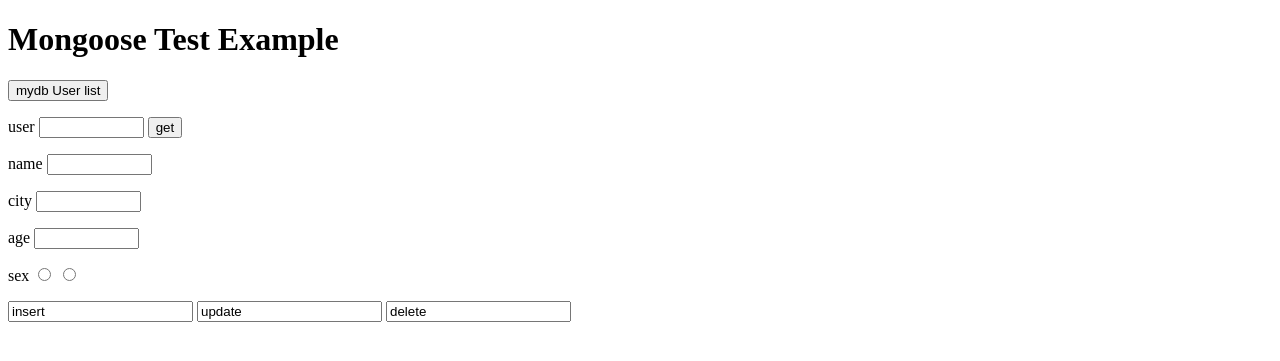
Repository: impelfin/anew
Page: http://localhost/
The author's editor kept a record of every edit. The page is drawn from the files as they stood at one moment, then again after the next edit.
The browser window is 1280 px wide. The pictures show the whole page.
The page is served by the project's Node server (node/mongos/app.js). Other server files are loaded and not shown.

Above is the page before.

### node/mongos/views/index.html
<!DOCTYPE html>
<html>
<head>
<meta charset="utf-8">
<title>Moongoose Module</title>
</head>
<body>
    <h1>Mongoose Test Example</h1>
    <form method='post' action=/insert name="mongoform">
        <input type='button' value="mydb User list" onclick='location.href="/list"'><p>
        user <input type='text' size='10' name='userid'>
        <input type='button' value="get" onclick='location.href="/get?input="+document.mongoform.userid.value'><p>
        name <input type='text' size='10' name='name'><p>
        city <input type='text' size='10' name='name'><p>
        age <input type='text' size='10' name='name'><p>
        sex <input type='radio' name='sex' value='male'>
            <input type='radio' name='sex' value='female'><p>
        <input type='sumit' value="insert" onclick='this.form.action="/insert"'>
        <input type='sumit' value="update" onclick='this.form.action="/update"'>
        <input type='sumit' value="delete" onclick='this.form.action="/delete"'>
    </form>
</body>
</html>

### node/mongos/app.js
const express = require('express');
const morgan = require('morgan');
const path = require('path');
const app = express();
const bodyParser = require('body-parser');
const cookieParser = require('cookie-parser');
const router = express.Router();

// view engine setup
app.set('port', process.env.PORT || 3000)

app.use(morgan('dev'));
app.use(bodyParser.json());
app.use(bodyParser.urlencoded({ extended: false }));
app.use(cookieParser());
app.use(express.static(path.join(__dirname, 'views')));

//mongoose configuration
const mongoose = require("mongoose")
mongoose.connect('mongodb://43.201.94.25:27017/mydb')

// routes setup
var main = require('./routes/main.js');
app.use('/', main);

app.listen(app.get('port'), () =>{
	console.log('3000 Port : 서버 실행 중')
});

After the next edit:
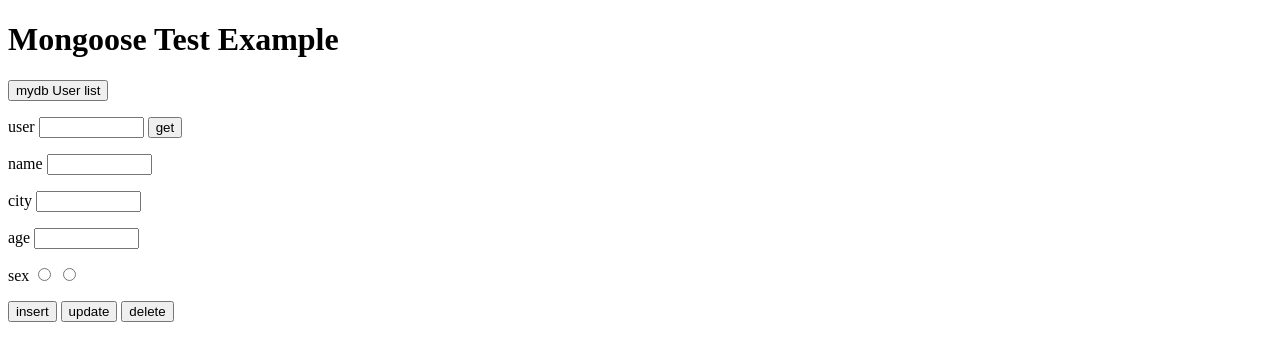
The edit:
--- a/node/mongos/views/index.html
+++ b/node/mongos/views/index.html
@@ -15,9 +15,9 @@
         age <input type='text' size='10' name='name'><p>
         sex <input type='radio' name='sex' value='male'>
             <input type='radio' name='sex' value='female'><p>
-        <input type='sumit' value="insert" onclick='this.form.action="/insert"'>
-        <input type='sumit' value="update" onclick='this.form.action="/update"'>
-        <input type='sumit' value="delete" onclick='this.form.action="/delete"'>
+        <input type='submit' value="insert" onclick='this.form.action="/insert"'>
+        <input type='submit' value="update" onclick='this.form.action="/update"'>
+        <input type='submit' value="delete" onclick='this.form.action="/delete"'>
     </form>
 </body>
 </html>
